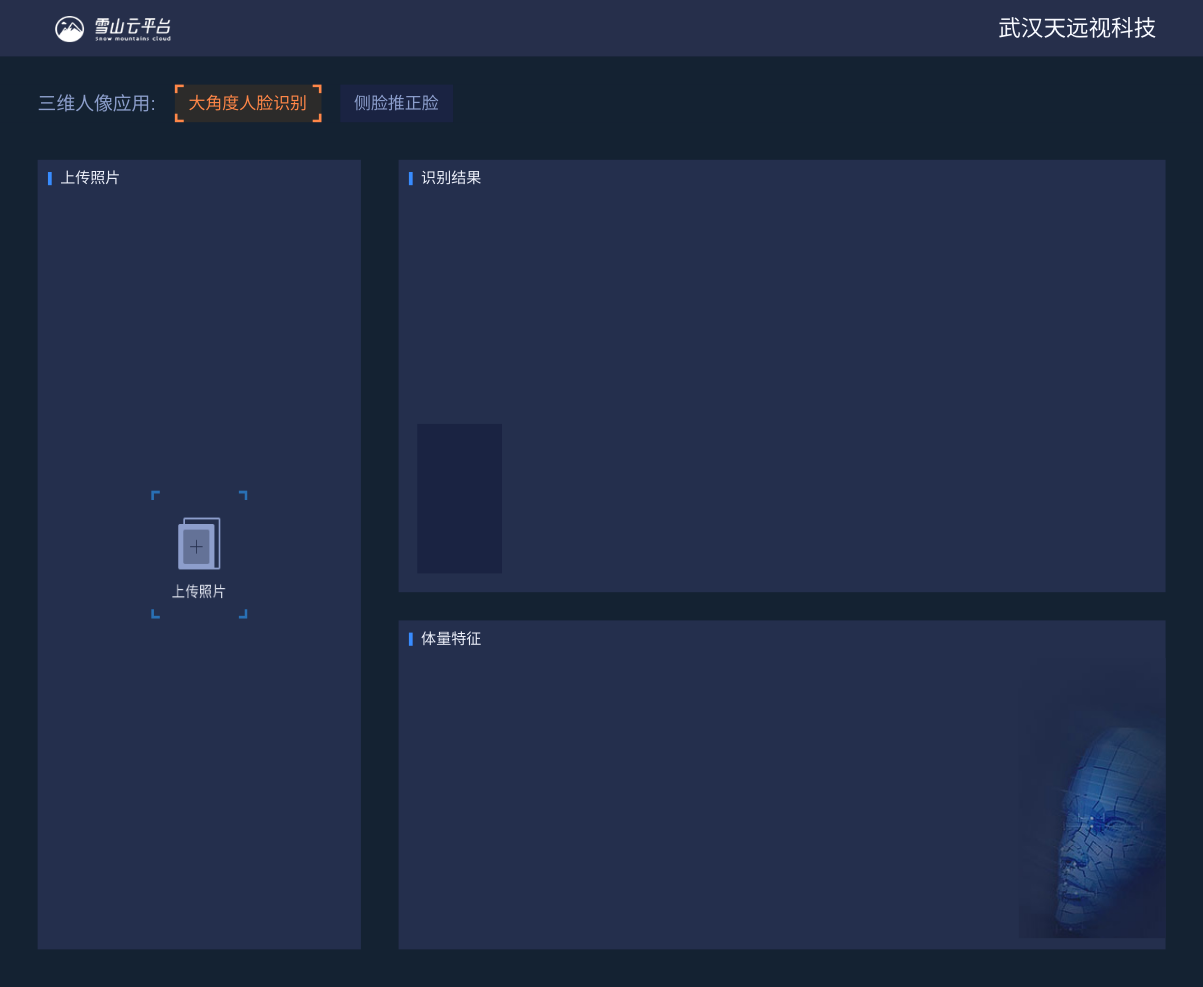
Repository: fyt2020/pubilcDemlo
Page: /
The author's editor kept a copy of each file at every save. The page is drawn from the files as they stood at one save, then again after the next save.
The browser window is 1280 px wide. The pictures show the whole page, at 94% of full size.
The project was rebuilt for these pictures with package versions that can differ from the ones it lists, and the page was loaded fresh each time.

Above is the page before, as saved 2020-04-28 17:12:28.

### index.html
<!DOCTYPE html>
<html>
  <head>
    <meta charset="utf-8">
    <meta name="viewport" content="width=device-width,initial-scale=1.0">
    <title>pubilcdemo</title>
    <link rel="shortcut icon" href="./static/farsee.ico" type="image/x-icon">
    <script src="./static/config.js"></script>
    <script src="./static/main.js"></script>
  </head>
  <body>
    <div id="app"></div>
    <!-- built files will be auto injected -->
  </body>
</html>

### src/main.js
// The Vue build version to load with the `import` command
// (runtime-only or standalone) has been set in webpack.base.conf with an alias.
import Vue from 'vue'
import App from './App'
import router from './router'
import '@/assets/css/reset.css'
import axios from '@/plugins/axios';

Vue.config.productionTip = false
Vue.prototype.$http = axios;
/* eslint-disable no-new */
new Vue({
  el: '#app',
  router,
  components: { App },
  template: '<App/>'
})

### src/router/index.js
import Vue from 'vue'
import Router from 'vue-router'
import Home from '@/pages/Home'

Vue.use(Router)

export default new Router({
  linkExactActiveClass: "exactActive",
  linkActivesClass: "active",
  routes: [
    {
      path: '/',
      name: 'home',
      component: Home,
      meta:{
        needTooken:false
      },
      redirect:'/bigAngle',
      children:[
        {
          path: 'bigAngle',
          name: 'bigAngle',
          component: () => import("@/pages/bigAngle"),
          meta:{
            needTooken:false
          },

        },
        {
          path: 'face',
          name: 'face',
          component: () => import("@/pages/face"),
          meta:{
            needTooken:false
          },

        }

      ]
    }
  ]
})

### src/assets/css/reset.css
@charset "UTF-8";
/**
 * @desc pc端常用reset.css
 * @author archer
 * @date 2018-08-26
 */
html,body,div,p,ul,li,dl,dt,dd,em,i,span,a,img,input,h1,h2,h3,h4,h5,nav,section,footer,header,table,tr,th,td,ul,li{margin:0;padding:0;box-sizing: border-box;}
h1,h2,h3,h4,h5,h6{font-weight:normal}
i,em,b{font-style:normal}
article,aside,details,figcaption,figure,footer,header,menu,nav,section {display: block;}
a,img,input {border:none;}
a {text-decoration:none;}
a:hover, a:active {outline: none;}
ul,li{list-style: none}
button,input,select,textarea{font-size:100%;outline:none}
table{border-collapse:collapse;border-spacing:0}
html, body {width: 100%;height: 100%;}
body{font-family:"Helvetica Neue",Helvetica, Arial,sans-serif; font-size: 14px;line-height:1}

### src/pages/Home.vue
<template>
  <div class="home">
      <div class="header">
           <div class="header__left">
                <img src="../assets/img/logo1.png" alt="" class="logo_img">
           </div>
           <div class="header__right">
                <span>武汉天远视科技</span>
           </div>
      </div>
      <div class="navigation">
            <span class="navigation__title">三维人像应用:</span>
            <router-link tag="li" :to="{name:'bigAngle'}" class="navigation__item">大角度人脸识别</router-link>
            <router-link tag="li" :to="{name:'face',params:{id:'self'}}" class="navigation__item">侧脸推正脸</router-link>
      </div>

      <div class="content">
         <router-view />
      </div>

  </div>
</template>

<script>
export default {
  data() {
    return {};
  },
  computed: {},
  created() {

  },
  mounted() {

  },
  methods: {

  },
  components: {}
};
</script>

<style lang="scss" scoped>
@import "@/assets/css/home.scss";
</style>

### src/pages/bigAngle.vue
<template>
  <div class="bigAngle">
    <div class="bigAngle__left">
      <div class="left__top">
        <div class="titleW" v-if="btnKey">
          <span class="titleW__one"></span>
          <span class="titleW__w">上传照片</span>
        </div>
        <img :src="uploadImgUrl" alt class="uploadImg" v-if="uploadImgUrl" />
        <img
          src="../assets/img/delete.png"
          alt
          class="delete__img"
          v-show="closeKey"
          @click="close"
        />
        <button class="btn" @click="uploadFile2" v-if="btnKey">
          <img src="../assets/img/midle.png" alt class="btn__bg" />
          <form
            name="fileList"
            id="fileList"
            action="uploadURL"
            method="POST"
            enctype="multipart/form-data"
            class="file"
          >
            <input
              type="file"
              hidden
              @change="beforeUploadFile2($event)"
              id="upload_file2"
              class="file-inp"
            />
          </form>
        </button>
      </div>
    </div>
    <div class="bigAngle__right">
      <div class="right__top">
        <div class="titleW">
          <span class="titleW__one"></span>
          <span class="titleW__w">识别结果</span>
        </div>

        <div class="recg__box">
          <img :src="angleImg[0].src" alt class="recg__item" />
        </div>
        <div id="WebGL-output"></div>
        <ul class="info__box" v-if="infoObj.collectNo">
          <li class="info__item">
            <span class="info__iteml">姓名:</span>
            <span class="info__itemr">{{infoObj.username}}</span>
          </li>
          <li class="info__item">
            <span class="info__iteml">性别:</span>
            <span class="info__itemr">{{infoObj.sex}}</span>
          </li>
          <li class="info__item">
            <span class="info__iteml">采集编号:</span>
            <span class="info__itemr">{{infoObj.collectNo}}</span>
          </li>

          <li class="info__item">
            <span class="info__iteml">证件号:</span>
            <span class="info__itemr">{{infoObj.idNo}}</span>
          </li>
          <li class="info__item">
            <span class="info__iteml">采集时间:</span>
            <span class="info__itemr">{{infoObj.time}}</span>
          </li>
        </ul>
      </div>
      <div class="right__bottom">
        <div class="titleW">
          <span class="titleW__one"></span>
          <span class="titleW__w">体量特征</span>
        </div>
        <div class="char__box">

                <img src="../assets/img/char1.jpg" alt class="char" v-if="!btnKey"/>
                <img src="../assets/img/char2.jpg" alt="" class="char2">

                 <ul class="tl__box" v-if="charData.length>0">
          <li class="tl__item" v-for="item in charData" :key="item.value">
            <span class="tl__iteml same">{{item.title}}:</span>
            <span class="tl__itemr same">{{Number(item.value).toFixed(2)}}</span>
          </li>
        </ul>

        </div>


      </div>
    </div>
  </div>
</template>

<script>
import axios from "axios";
export default {
  props: {},
  data() {
    return {
      btnKey: true,
      uploadImgUrl: "",
      closeKey: false,
      camera: null,
      renderer: null,
      boxHelper: null,
      animationId: null,
      modelObj: null,
      scene: null,
      infoObj: {
        collectNo: "",
        sex: "",
        time: "",
        idNo: ""
      },
      charData: [],
      angleImg: [
        {
          id: Math.floor(Math.random * 100),
          src: ``
        }
      ],

      source: 0
    };
  },
  computed: {},
  created() {},
  mounted() {},
  watch: {},
  methods: {
    close() {
      $("#WebGL-output").empty();
      this.uploadImgUrl = "";
      this.closeKey = false;
      this.btnKey = true;
      this.angleImg = [
        {
          id: Math.floor(Math.random * 100),
          src: ``
        }
      ];
      this.charData = [];
      (this.infoObj = {
        collectNo: "",
        sex: "",
        time: "",
        idNo: ""
      }),
        this.removeEntity(this.modelObj);
    },
    uploadFile2() {
      let file = document.getElementById("upload_file2");
      file.click();
    },
    beforeUploadFile2(e) {
      let VM = this;
      let files = e.target.files[0];
      let nameArr = e.target.files[0].name.split(".");
      let len = nameArr.length;
      let startName = e.target.files[0].name.split(".")[0];
      let endName = nameArr[len - 1];
      if (
        endName != "jpg" &&
        endName != "png" &&
        endName != "jpeg" &&
        endName != "JPG" &&
        endName != "PNG" &&
        endName != "JPEG"
      ) {
        VM.$Message.error(`上传图片格式不是jpg或png!`);
        return;
      }
      if (!files) {
        return;
      }
      this.btnKey = false;
      this.closeKey = true;
      let reader = new FileReader();
      reader.onloadend = function() {
        VM.uploadImgUrl = reader.result;
      };
      reader.readAsDataURL(files);
      this.angleImg = [
        {
          id: Math.floor(Math.random * 100),
          src: window.BASEURL.flieUrl +  `${startName}/${startName}_angle.jpg`
        }
      ];
      this.INIT($(".right__top").width(), $(".right__top").height(), startName);
      this.getInfo(startName);
    },

    INIT(width, height, name) {
      let VM = this;
      //场景构建
      VM.scene = new THREE.Scene();
      //相机构建
      VM.camera = new THREE.PerspectiveCamera(45, width / height, 0.1, 2000); //四个参数 视场角 方向 最近距 最远距  fov对应着图中的视角，是上下两面的夹角。aspect是近平面的宽高比。
      // camera.lookAt( new THREE.Vector3(0, 0, 0));
      //渲染器构建
      VM.renderer = new THREE.WebGLRenderer({
        antialias: true
      });

      //设置背景颜色
      VM.renderer.setClearColor(0x242f4d);
      //三个参数 width height updateStyle第三个选填
      VM.renderer.setSize(width, height);
      //激活阴影
      VM.renderer.shadowMapEnabled = true;
      //添加材质灯光阴影
      var ambiColor = "ffffff";
      var ambientLight = new THREE.AmbientLight(ambiColor);
      VM.scene.add(ambientLight);

      //添加坐标系
      // var axes = new THREE.AxisHelper(100);
      // scene.add(axes);

      //添加网格
      // var helper = new THREE.GridHelper( 1000, 50 ,0x0000ff, 0xff8080);
      // scene.add(helper);
      VM.boxHelper = new THREE.BoxHelper();

      var controls = new THREE.OrbitControls(VM.camera, VM.renderer.domElement);
      //controls.target = new THREE.Vector3(0, 0, 0);
      // 使动画循环使用时阻尼或自转 意思是否有惯性
      controls.enableDamping = true;
      //动态阻尼系数 就是鼠标拖拽旋转灵敏度
      controls.dampingFactor = 0.25;
      //是否可以缩放
      controls.enableZoom = true;
      //是否自动旋转
      controls.autoRotate = false;
      //设置相机距离原点的最近距离
      //controls.minDistance = 200;
      //设置相机距离原点的最远距离
      //controls.maxDistance = 600;
      //是否开启右键拖拽
      controls.enablePan = true;
      //上下旋转范围
      controls.minPolarAngle = 0;
      controls.maxPolarAngle = Math.PI * (90 / 180);
      //左右旋转范围
      controls.minAzimuthAngle = -Math.PI * (45 / 180);
      controls.maxAzimuthAngle = Math.PI * (45 / 180);

      controls.panSpeed = 0.2;
      controls.rotateSpeed = 0.1;
      //模型
      var onProgress = function(xhr) {
        // if (xhr.lengthComputable) {
        //   //可计算的长度
        //   var percentCompvare = (xhr.loaded / xhr.total) * 100; //加载程度百分比
        //   var elem = document.getElementById("myBar");
        //   var width = parseInt(percentCompvare);
        //   elem.style.width = width + "%";
        //   $(".loading").text("正在下载:" + parseInt(percentCompvare) + "%");
        // }
      };
      var onError = function(xhr) {
        // $(".loading")
        //   .show()
        //   .text("下载失败");
        return;
      };

      var modelPath = window.BASEURL.flieUrl +  `${name}`;
      var objLoader = new THREE.OBJLoader2();
      var callbackOnLoad = function(event) {
        VM.modelObj = event.detail.loaderRootNode;
        VM.modelObj.name = `${name}`;
        VM.modelObj.scale.set(1.9, 1.9, 1.9);
        VM.modelObj.children[0].geometry.computeBoundingBox();
        VM.modelObj.rotation.x = THREE.Math.degToRad(-88);
        VM.modelObj.children[0].geometry.center();
        VM.boxHelper.setFromObject(VM.modelObj);
        let center = VM.boxHelper.geometry.boundingSphere.center;
        let radius = VM.boxHelper.geometry.boundingSphere.radius;
        let cameraPos = new THREE.Vector3(
          center.x + VM.modelObj.position.x,
          center.y + VM.modelObj.position.y,
          radius * 2.2 + center.z + VM.modelObj.position.z
        );
        let lookPos = new THREE.Vector3(
          center.x + VM.modelObj.position.x,
          center.y + VM.modelObj.position.y,
          center.z + VM.modelObj.position.z
        );
        VM.camera.position.copy(cameraPos);
        controls.target = lookPos;
        VM.camera.lookAt(lookPos);
        VM.scene.add(VM.modelObj);
      };
      let typeObj = VM.source == "1" ? "textured" : "cut";
      objLoader.loadMtl(modelPath + `/${typeObj}_mesh.mtl`, null, function(
        materialCreator
      ) {
        materialCreator[`${typeObj}_mesh`].opacity = 1; // new THREE.Color(1,1,1)
        objLoader.setMaterials(materialCreator);
        objLoader.setLogging(true, true);
        objLoader.load(
          modelPath + `/${typeObj}_mesh.obj`,
          callbackOnLoad,
          onProgress,
          onError,
          null,
          false
        );
      });
      VM.camera.lookAt(VM.scene.position);
      //在页面上添加渲染器，dom元素
      $("#WebGL-output").append(VM.renderer.domElement);
      renderScene();
      VM.getModelTxt(name);
      function renderScene() {
        var clock = new THREE.Clock();
        var delta = clock.getDelta(); //三角点
        controls.update();
        VM.camera.updateProjectionMatrix();
        VM.animationId = requestAnimationFrame(renderScene); //请求动画框架
        VM.renderer.render(VM.scene, VM.camera);
      }
    },
    getModelTxt(name) {
      let VM = this;
      let id = new Date().getTime();
      let params = {
        headers: {
          "Content-Type": "text/plain;charset=utf-8"
        },
        responseType: "text/json",
        inCharset: "utf-8",
        outCharset: "utf-8",
        timeout: 30000,
        random: id
      };
      axios
        .get(window.BASEURL.flieUrl + `${name}/face_points_distance.txt`)
        .then(function(res) {
          let newData = res.data.split("\r\n");
          let len = newData.length;
          for (var i = 0; i < len; i++) {
            if (newData[i]) {
              let obj = {};
              let k = newData[i].split(":")[0];
              let v = newData[i].split(":")[1];
              obj["title"] = k;
              obj["value"] = v;
              VM.charData.push(obj);
            }

            console.log(VM.charData);
          }
        })
        .catch(function(error) {
          console.log(error);
        });
    },
    getInfo(name) {
      let VM = this;
      this.$http.api
        .get(window.BASEURL.flieUrl + `${name}/${name}.json`)
        .then(function(res) {
          if (res.data.code === 0) {
            let data = res.data.result;
            VM.infoObj = data;
          }
        })
        .catch(function(error) {
          console.log(error);
        });
    },
    //移除模型
    removeEntity(object) {
      let selectedObject = this.scene.getObjectByName(object.name);
      // console.log('renderer.renderLists',this.renderer.renderLists)
      selectedObject.traverse(function(item) {
        if (item instanceof THREE.Mesh) {
          item.geometry.dispose(); //删除几何体
          //item.material.dispose(); //删除材质
          if (Array.isArray(item.material)) {
            item.material.forEach(function(i) {
              i.dispose(); //删除材质
            });
          } else {
            item.material.dispose();
          }
        }
      });
      this.scene.remove(selectedObject);
      this.renderer.dispose();
      this.renderer.clear();
      this.renderer.renderLists.dispose();
      this.modelObj = null;
      THREE.Cache.clear();
    }
  },
  beforeDestroy() {
    this.removeEntity(this.modelObj);
  },
  components: {}
};
</script>

<style scoped lang="scss">
@import "@/assets/css/bigAngle.scss";
</style>

### src/assets/css/home.scss

@import "@/assets/css/func.scss";
.home{
    font-size: 20px;
    width: 100vw;
    height: 100vh;
    background-color: #142232;
    .header{
        width: 100%;
        height: 60px;
        background-color: #262f4b;
        display: flex;
        align-items: center;
        color:  #f8faff;;
        justify-content: space-between;
        padding: 0 50px;
        font-size: 24px;
        .header__left{
            height: 100%;
            display: flex;
            align-items: center;
            .logo_img{
                width: 141px;
                height: 35px;
            }
        }
        .header__right{
            height: 100%;
            display: flex;
            align-items: center;
        }
    }
    .navigation{
        width: 100%;
        height: 40px;
        display: flex;
        align-items: center;
        box-sizing: border-box;
        background-color: #142232;
        color:  #8c9ecb;
        padding: 0 40px;
        margin-top: 30px;
        .navigation__title{
            margin-right: 20px;
        }
        &__item{
            height: 40px;
            line-height: 40px;
            box-sizing: border-box;
            padding: 0 15px;
            margin-right: 20px;
            font-size: 18px;
            color: #8c9ecc;
            background-color:  #1a2342;
        }
        &__item.exactActive{
             display: flex;
             color: #ff8748;
             background: url('../#{$img}/qhbtn.png') no-repeat center;
             background-size: 100% 100%;

        }
    }
    .content{
        width: 100%;
        padding: 40px;
        background-color: #142232;
    }
}

### src/assets/css/func.scss
// @function px2Rem($px, $base-font-size: 19.2px) {
//     @if (unitless($px)) { //有无单位
//       @return ($px / 19.2) * 1rem;
//     } @else if (unit($px) == em) {
//       @return $px;
//     }
//     @return ($px / $base-font-size) * 1rem;
// }

$img:"/assets/img";

### src/assets/css/bigAngle.scss
.bigAngle{
     display: flex;
     width: 100%;
     height: 100%;
     .titleW{
        position: absolute;
        height: 20px;
        line-height: 20px;
        width: 100%;
        left: 10px;
        top:10px;
        display: flex;
        align-items: center;
        color:  #edf0fa;
        font-size: 16px;
        border: 1px solid transparent;
        .titleW__one{

           width: 4px;
           height: 14px;
           margin-right: 9px;
           background-color: #388cff;
        }
    }
     .bigAngle__left{
        width: 994px;
        height: 840px;
        margin-right: 40px;
        display: flex;
        flex-direction: column;
        background-color: #242f4d;
        .left__top{
             width: 100%;
             height: 100%;
            //  margin-bottom: 20px;
             display: flex;
             align-items: center;
             justify-content: center;
             position: relative;
             .uploadImg{
                height: 100%;
             }

             .delete__img{
                position: absolute;
                width: 36px;
                height: 36px;
                right: 20px;
                top:20px;
                transition: all 0.1 linear;
                z-index: 2100;
                cursor: pointer;
             }
             .btn{
                 position: absolute;
                 outline: none;
                 position: relative;
                 border: none;
                 background: transparent;
                //  border-style: solid;
                //  border-width: 2px;
                //  border-image-source: linear-gradient(0deg,#1a5fff 0%, #5f8ffd 100%);
                //  border-image-slice: 1;
                 width: 114px;
                 height: 138px;
                //  line-height: 30px;
                //  color: #1a5fff;
                //  border-radius: 6px;
                 z-index: 9999;
                 cursor: pointer;
                 .btn__bg{
                     width: 100%;
                     height: 100%;
                 }
             }
        }
        .left__bottom{
            width: 100%;
            height: 15%;
            border: 1px solid black;
            .left__bottom{

            }

        }
     }
     .bigAngle__right{
        width: 816px;
        height: 840px;


        .right__top{

            width: 100%;
            height: 460px;
            position: relative;
            margin-bottom: 30px;
            background-color: #242f4d;

            .recg__box{

                display: flex;
                position: absolute;
                width: 90px;
                left: 20px;
                bottom: 20px;
                background-color: #1a2342;;
                height: 159px;
                align-items: center;
                justify-content: flex-start;
                .recg__item{
                    height: 100%;
                }
            }
            #WebGL-output{
                width: 815px;
                height: 460px;
            }
            .info__box{
                position: absolute;
                right: 20px;
                bottom: 20px;
                width: 238px;
                height: 158px;
                background-color: #1a2342;
                padding: 15px;
                display: flex;
                flex-direction: column;
                justify-content: space-around;
                align-content: space-around;
                font-size: 14px;
                color: #edf0fa;


            }
        }
        .right__bottom{
            background-color: #242f4d;
            width: 100%;
            height: 350px;
            position: relative;
            padding-top: 20px;
            .char__box{

                width: 816px;
                height: 298px;
                z-index: 1;
                margin-top: 20px;

                .char2{
                    float: right;

                }

            }
            .char{


            }
            .tl__box{
                display: flex;
                position: absolute;
                z-index: 10;
                width: 100%;
                height: 100%;


                .tl__item{
                    display: flex;
                    align-items: center;
                    position: absolute;
                    font-size: 15px;
                    color: #edf0fa;
                    letter-spacing: 1px;

                    &:nth-of-type(1){
                        left: 43%;
                        top:17%

                    }
                    &:nth-of-type(2){
                        left: 32%;
                        top:30%
                    }
                    &:nth-of-type(3){

                        left: 43%;
                        top:40%
                    }
                    &:nth-of-type(4){

                        left: 43%;
                        top:50%
                    }
                    &:nth-of-type(5){

                        left: 43%;
                        top:59%
                    }
                    &:nth-of-type(6){

                        left: 43%;
                        top:68%
                    }
                    &:nth-of-type(7){

                        left: 43%;
                        top:77%
                    }
                    &:nth-of-type(8){

                        left: 43%;
                        top:86%
                    }






                }
            }


        }

     }
}

### static/config.js
window.BASEURL = {
     //flieUrl:`http://192.168.1.199:8080/recg/static/data/`
     flieUrl:`../../static/data/`
};

Loaded but not shown: src/App.vue (common file); src/plugins/axios.js (library)

After the next save:
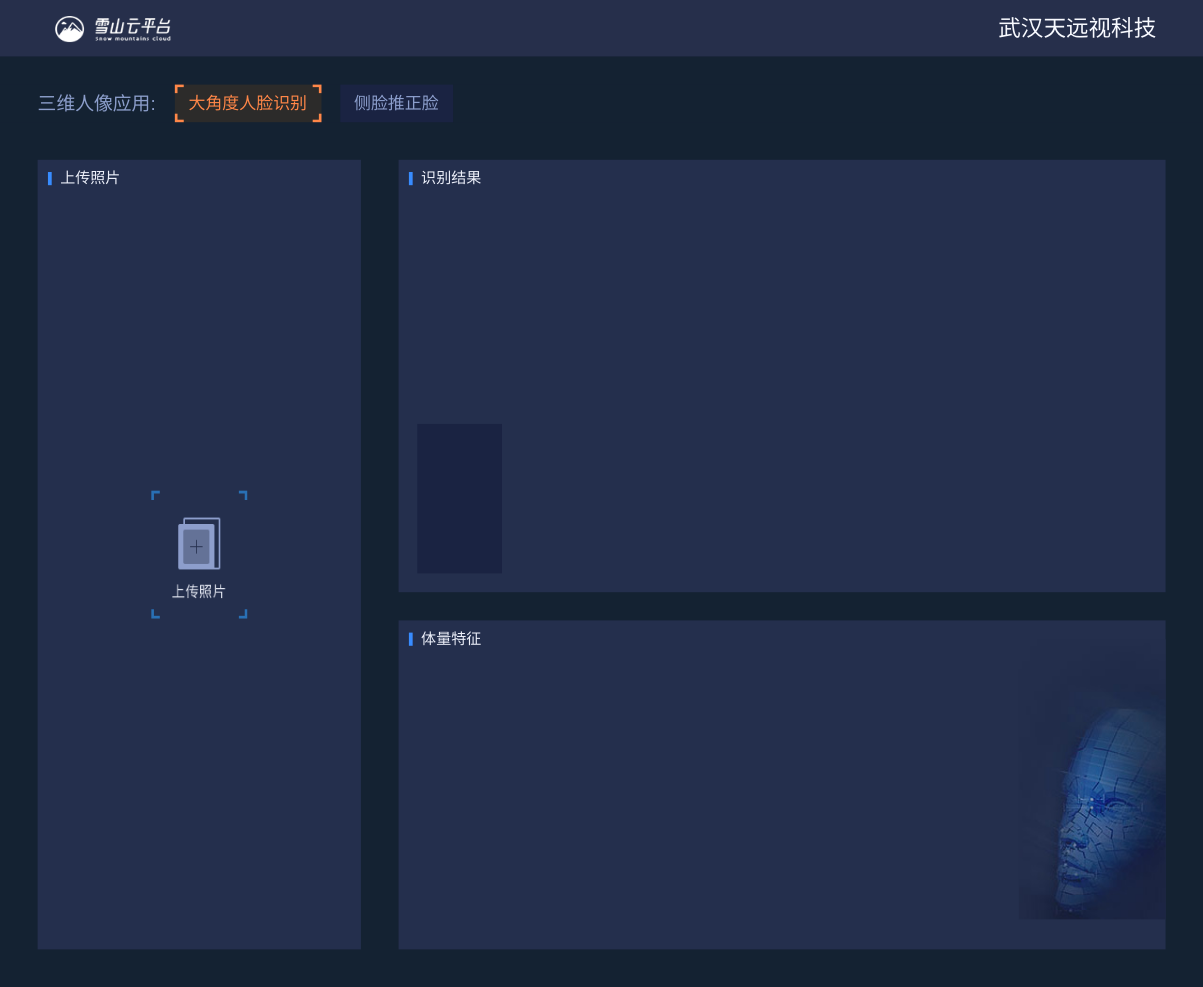
Saved 11 s later.
--- a/src/assets/css/bigAngle.scss
+++ b/src/assets/css/bigAngle.scss
@@ -145,7 +145,7 @@
                 width: 816px;
                 height: 298px;
                 z-index: 1;
-                margin-top: 20px;
+                // margin-top: 20px;
 
                 .char2{
                     float: right;
